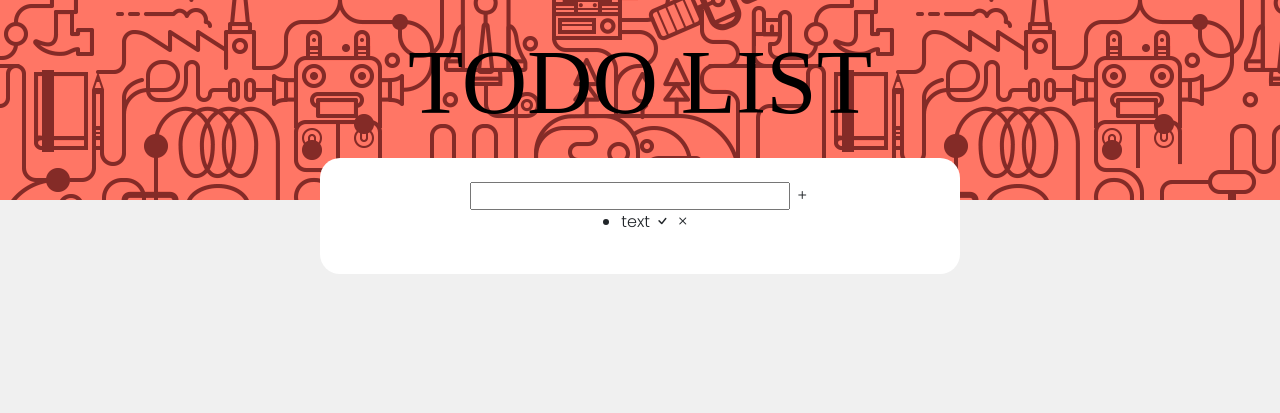
Repository: zum281/todo-list
Page: index.html
These files come from the project's save history. The page is drawn as it stood at one moment and after the next save; the edit follows.
The browser window is 1280 px wide. The pictures show the whole page.
Some web fonts or font styles are not loaded; a fallback is used. Some web libraries are served in a nearby version. The style sheet was rebuilt from its Sass, Less or Tailwind sources for each picture, by a compiler version that may differ from the author's.

Above is the page before, as saved 2021-03-05 16:03:29.

After the next save:
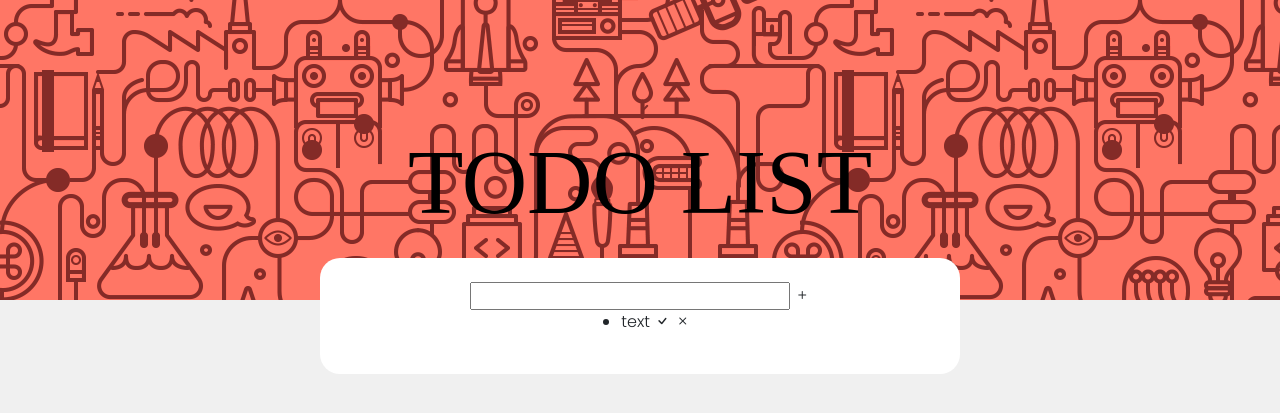
Saved 4 s later.
--- a/sass/main.scss
+++ b/sass/main.scss
@@ -13,7 +13,7 @@ body {
     background-color: #f0f0f0;
 }
 .head {
-    min-height: 200px;
+    min-height: 300px;
     background: url("/assets/science.png");
     background-repeat: repeat;
     display: flex;
